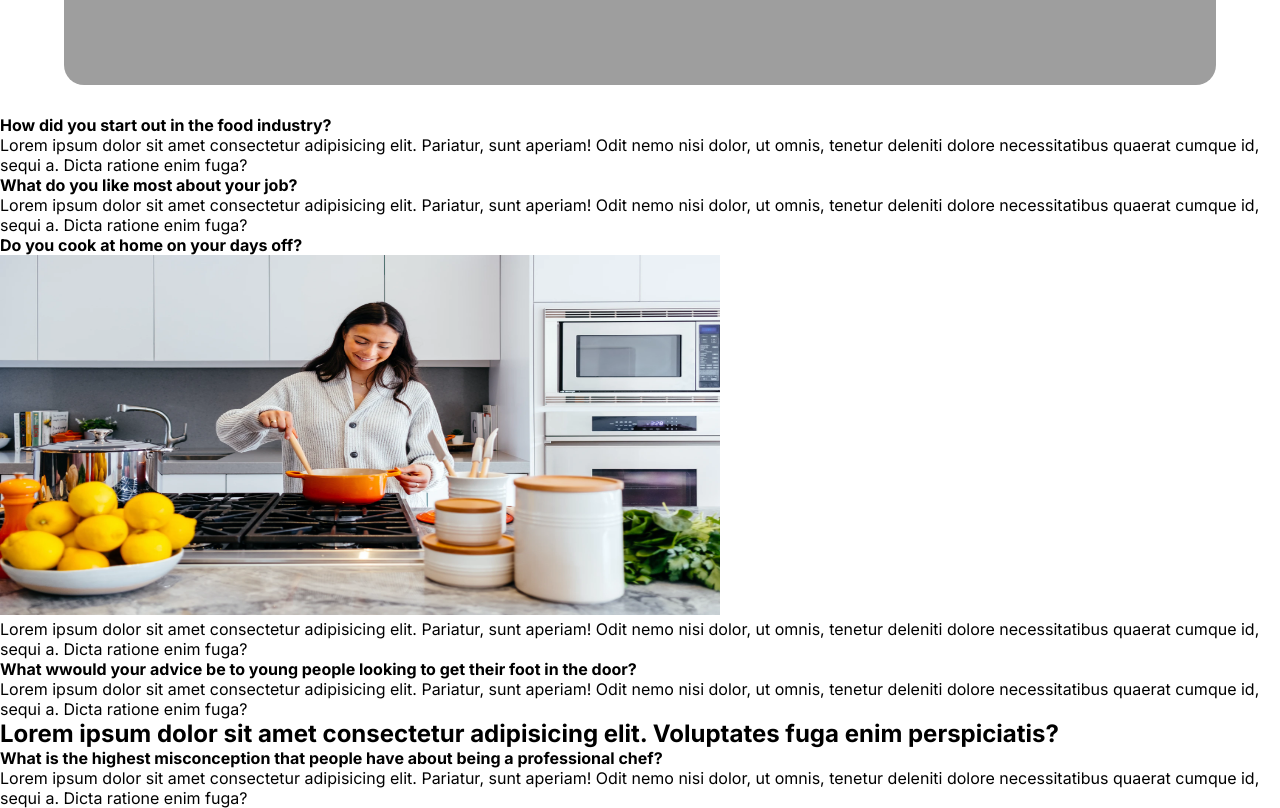
Repository: SolomonChinonso/Advanced-html-and-css-project
Page: blog.html
These files come from the project's save history. The page is drawn as it stood at one moment and after the next save; the edit follows.
The browser window is 1280 px wide. The pictures show the part of the page from y = 1086 to 2038 px (the page is 1894 px tall before and 2038 px after).
Pictures or frames that could not be fetched are drawn as grey boxes.

Above is the page before, as saved 2026-04-19 01:22:01.

After the next save:
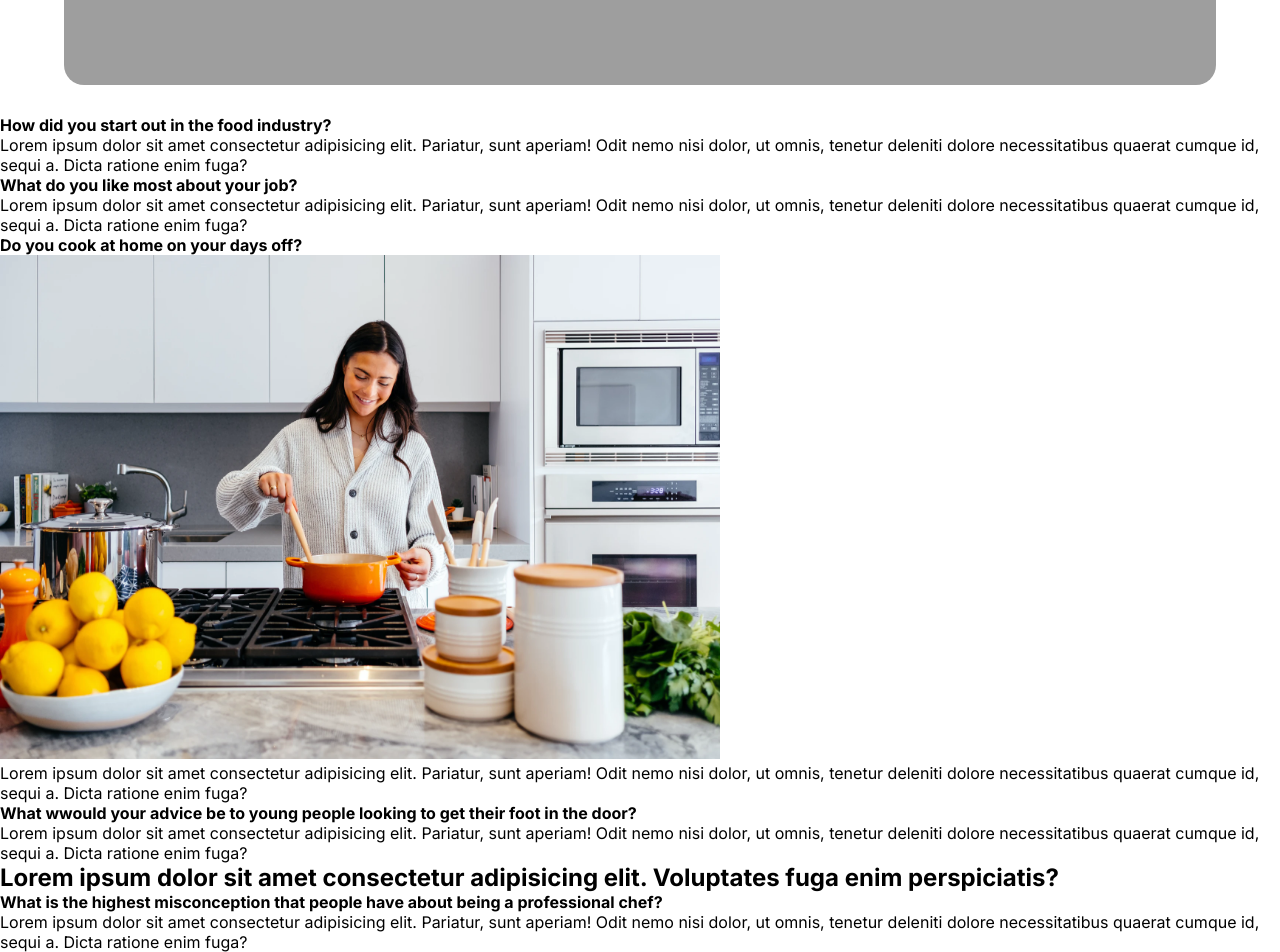
Saved 11 s later.
--- a/style.css
+++ b/style.css
@@ -734,6 +734,6 @@ footer p strong{
 }
 .query img{
     width: 100vh;
-    height: 50vh;
-
-}
+    height: 70vh;
+
+}
